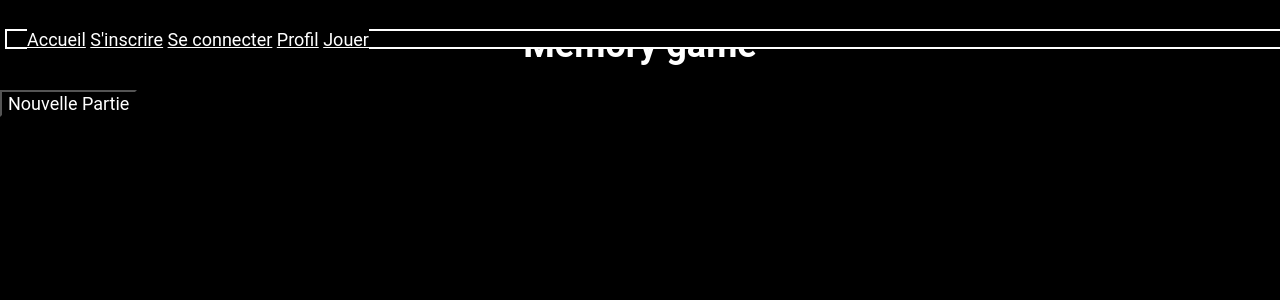
Repository: Ludmilla06/memory-game
Page: game.html
These files come from the project's save history. The page is drawn as it stood at one moment and after the next save; the edit follows.
The browser window is 1280 px wide. The pictures show the whole page.

Above is the page before, as saved 2025-10-22 09:18:26.

### game.html
<!DOCTYPE html>
<html lang="fr">
  <head>
    <meta charset="UTF-8" />
    <meta name="viewport" content="width=device-width, initial-scale=1.0" />
    <title>Document</title>
    <link rel="stylesheet" href="css/style.css" />
    <link rel="stylesheet" href="css/game.css" />
  </head>
  <body>
    <nav>
      <div class="Onglet">
        <a href="index.html">Accueil</a>
        <a href="inscription.html">S'inscrire</a>
        <a href="login.html">Se connecter</a>
        <a href="profil.html">Profil</a>
        <a href="play.html">Jouer</a>
      </div>
    </nav>

    <div id="game">
      <h1>Memory game</h1>
        <button id="reset-btn">Nouvelle Partie</button>
    </div>

    <script type="module" src="js/game.js"></script>
  </body>
</html>

### css/style.css
* {
  color: white;
  background-color: black;
  font-family: roboto, sans-serif;
  font-size: large;
}
nav {
  display: flex;
  align-items: center;
  border : 2px solid white;
  padding: 0 20px;
  margin: 5px;
  width: 100%;
  height: 20px;
  position: fixed;
  background-color: black;
  justify-content: space-between;
  z-index: 1000;
  }

img {
  display: inline;
  padding : 20px;

}
h1 {
  text-align: center;
  font-size: 36px;
}

h2 {
  text-align: left;
  font-size: 24px;
}

game-container {
  border: 2px solid white;
  border-radius: 10px;
  padding: 10px;
  margin: 10px;
  width: 200px;
  height: 300px;
  display: grid;
  grid-template-columns: 1fr 1fr 1fr;
  grid-template-rows: 100px 100px;
  text-align: center;
  background-color: black;
}

### css/game.css
*,
*::before,
*::after {
  box-sizing: border-box;
}
body {
    margin: 20px 0;
    background: black;
}

.grid {
    max-width: 960px;
    margin: 0 auto;
    display: flex;
    flex-wrap: wrap;
    justify-content: space-evenly;
}

.card {
    margin: 5px;
    background-color: black;
    background-size: contain;
    background-repeat: no-repeat;
    background-position: center center;
    width: 150px;
    height: 150px;
}

### js/game.js

// Target btn reset
const $resetBtn = document.getElementById('reset-btn')
// Prévoit la detection du click sur le btn
$resetBtn.addEventListener('click', resetGame)

function resetGame() {
  // Logique pour réinitialiser le jeu
  console.log('Jeu réinitialisé');
}



document.addEventListener('keydown', (event) => {
  console.log(event);

  if (event.key === ' ') {
    // lancer le jeu
    resetGame();
  } else   console.log('raté');

});

const imagesData = [
  { id: 1, label: "Berger Allemand", src: "assets/BA.webp" },
  { id: 2, label: "Chien Assis", src: "assets/chienassis.webp" },
  { id: 3, label: "Chiot", src: "assets/chiot.webp" },
  { id: 4, label: "Labrador", src: "assets/labrador.webp" },
  { id: 5, label: "Malinois", src: "assets/malinois.webp" },
  { id: 6, label: "Rottweiler", src: "assets/rott.webp" }
];

After the next save:
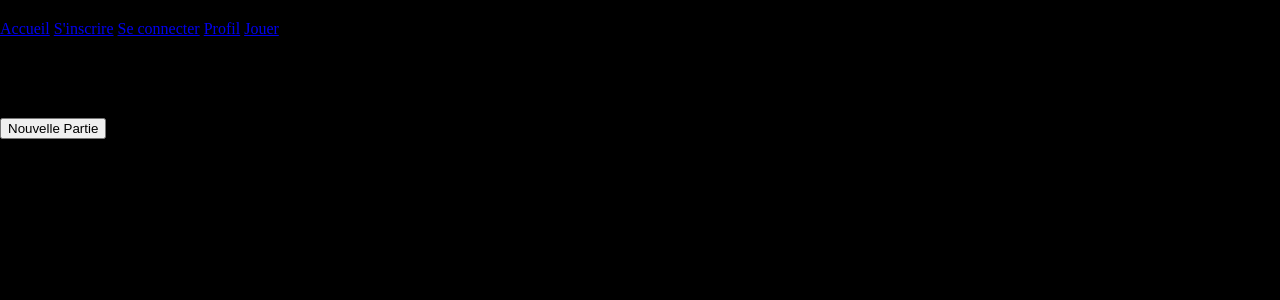
Saved 40 s later.
--- a/game.html
+++ b/game.html
@@ -4,7 +4,6 @@
     <meta charset="UTF-8" />
     <meta name="viewport" content="width=device-width, initial-scale=1.0" />
     <title>Document</title>
-    <link rel="stylesheet" href="css/style.css" />
     <link rel="stylesheet" href="css/game.css" />
   </head>
   <body>
